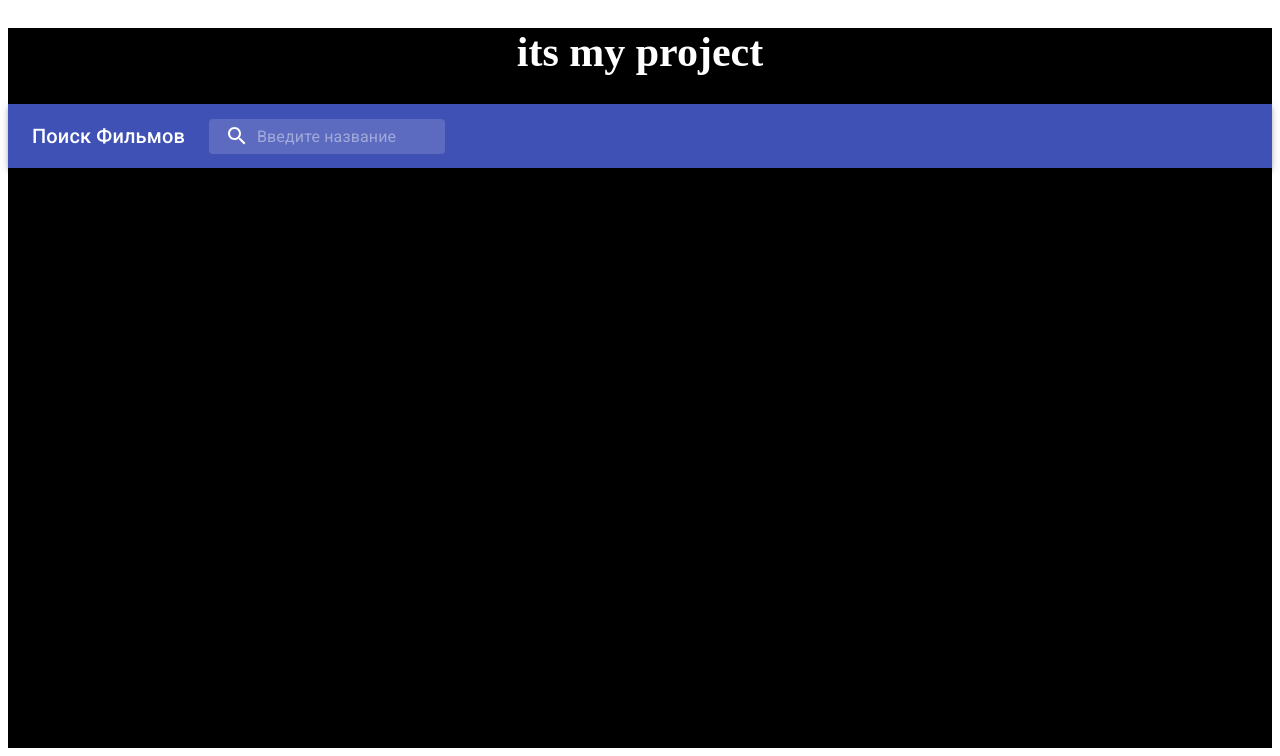
Repository: Hansol46/Films-archive
Page: /
These files come from the project's save history. The page is drawn as it stood at one moment and after the next save; the edit follows.
The browser window is 1280 px wide. The pictures show the whole page.
The page's requests for data from a server got no answer. The project was rebuilt for these pictures with package versions that can differ from the ones it lists, and the page was loaded fresh each time. No one was signed in, and anything a server would have sent is missing. Also part of the build but not shown: webpack.config.js.

Above is the page before, as saved 2020-09-25 01:27:13.

### src/index.html
<!DOCTYPE html>
<html lang="en">
<head>
    <meta charset="UTF-8">
    <meta name="viewport" content="width=device-width, initial-scale=1.0">
    <title>Search Films</title>
    <link rel="stylesheet" href="https://fonts.googleapis.com/css?family=Roboto:300,400,500,700&display=swap" />
    <link rel="stylesheet" href="https://fonts.googleapis.com/icon?family=Material+Icons" />
</head>
<body>
    <div id='root'>

    </div>
</body>
</html>

### src/index.js
import React from 'react'
import ReactDOM from 'react-dom'
import App from './components/App'


ReactDOM.render(<App />, document.getElementById('root'))

### src/components/App.js
import React from 'react'
import '../styles/App.css'
import PrimarySearchAppBar from './material/nav'
import Search from './Search'


function App () {
    return (
        <div className={'main'}>
            <h1> its my project</h1>
            <PrimarySearchAppBar />
            <Search />
        </div>
    )
}

export default App

### src/styles/App.css
h1 {
    text-align: center;
    font-size: 42px;
}
.main {
    background-color: black;
    height: 100vh;
    padding-top: 0px;
    margin-top: 0px;
    color: white;
}

### src/components/material/nav.js
import React from 'react';
import { fade, makeStyles } from '@material-ui/core/styles';
import AppBar from '@material-ui/core/AppBar';
import Toolbar from '@material-ui/core/Toolbar';
import IconButton from '@material-ui/core/IconButton';
import Typography from '@material-ui/core/Typography';
import InputBase from '@material-ui/core/InputBase';
import Badge from '@material-ui/core/Badge';
import MenuItem from '@material-ui/core/MenuItem';
import Menu from '@material-ui/core/Menu';
import MenuIcon from '@material-ui/icons/Menu';
import SearchIcon from '@material-ui/icons/Search';
import AccountCircle from '@material-ui/icons/AccountCircle';
import MailIcon from '@material-ui/icons/Mail';
import NotificationsIcon from '@material-ui/icons/Notifications';
import MoreIcon from '@material-ui/icons/MoreVert';

const useStyles = makeStyles((theme) => ({
  grow: {
    flexGrow: 1,
  },
  menuButton: {
    marginRight: theme.spacing(2),
  },
  title: {
    display: 'none',
    [theme.breakpoints.up('sm')]: {
      display: 'block',
    },
  },
  search: {
    position: 'relative',
    borderRadius: theme.shape.borderRadius,
    backgroundColor: fade(theme.palette.common.white, 0.15),
    '&:hover': {
      backgroundColor: fade(theme.palette.common.white, 0.25),
    },
    marginRight: theme.spacing(2),
    marginLeft: 0,
    width: '100%',
    [theme.breakpoints.up('sm')]: {
      marginLeft: theme.spacing(3),
      width: 'auto',
    },
  },
  searchIcon: {
    padding: theme.spacing(0, 2),
    height: '100%',
    position: 'absolute',
    pointerEvents: 'none',
    display: 'flex',
    alignItems: 'center',
    justifyContent: 'center',
  },
  inputRoot: {
    color: 'inherit',
  },
  inputInput: {
    padding: theme.spacing(1, 1, 1, 0),
    // vertical padding + font size from searchIcon
    paddingLeft: `calc(1em + ${theme.spacing(4)}px)`,
    transition: theme.transitions.create('width'),
    width: '100%',
    [theme.breakpoints.up('md')]: {
      width: '20ch',
    },
  },
  sectionDesktop: {
    display: 'none',
    [theme.breakpoints.up('md')]: {
      display: 'flex',
    },
  },
  sectionMobile: {
    display: 'flex',
    [theme.breakpoints.up('md')]: {
      display: 'none',
    },
  },
}));

export default function PrimarySearchAppBar() {
  const classes = useStyles();
  const [anchorEl, setAnchorEl] = React.useState(null);
  const [mobileMoreAnchorEl, setMobileMoreAnchorEl] = React.useState(null);

  const isMenuOpen = Boolean(anchorEl);
  const isMobileMenuOpen = Boolean(mobileMoreAnchorEl);

  const handleProfileMenuOpen = (event) => {
    setAnchorEl(event.currentTarget);
  };

  const handleMobileMenuClose = () => {
    setMobileMoreAnchorEl(null);
  };

  const handleMenuClose = () => {
    setAnchorEl(null);
    handleMobileMenuClose();
  };

  const handleMobileMenuOpen = (event) => {
    setMobileMoreAnchorEl(event.currentTarget);
  };

  const menuId = 'primary-search-account-menu';
  const renderMenu = (
    <Menu
      anchorEl={anchorEl}
      anchorOrigin={{ vertical: 'top', horizontal: 'right' }}
      id={menuId}
      keepMounted
      transformOrigin={{ vertical: 'top', horizontal: 'right' }}
      open={isMenuOpen}
      onClose={handleMenuClose}
    >
      <MenuItem onClick={handleMenuClose}>Profile</MenuItem>
      <MenuItem onClick={handleMenuClose}>My account</MenuItem>
    </Menu>
  );

  const mobileMenuId = 'primary-search-account-menu-mobile';
  const renderMobileMenu = (
    <Menu
      anchorEl={mobileMoreAnchorEl}
      anchorOrigin={{ vertical: 'top', horizontal: 'right' }}
      id={mobileMenuId}
      keepMounted
      transformOrigin={{ vertical: 'top', horizontal: 'right' }}
      open={isMobileMenuOpen}
      onClose={handleMobileMenuClose}
    >
      <MenuItem>
        <IconButton aria-label="show 4 new mails" color="inherit">
          <Badge badgeContent={4} color="secondary">
            <MailIcon />
          </Badge>
        </IconButton>
        <p>Messages</p>
      </MenuItem>
      <MenuItem>
        <IconButton aria-label="show 11 new notifications" color="inherit">
          <Badge badgeContent={11} color="secondary">
            <NotificationsIcon />
          </Badge>
        </IconButton>
        <p>Notifications</p>
      </MenuItem>
      <MenuItem onClick={handleProfileMenuOpen}>
        <IconButton
          aria-label="account of current user"
          aria-controls="primary-search-account-menu"
          aria-haspopup="true"
          color="inherit"
        >
          <AccountCircle />
        </IconButton>
        <p>Profile</p>
      </MenuItem>
    </Menu>
  );

  return (
    <div className={classes.grow}>
      <AppBar position="static">
        <Toolbar>
          {/* <IconButton
            edge="start"
            className={classes.menuButton}
            color="inherit"
            aria-label="open drawer"
          >
            <MenuIcon />
          </IconButton> */}
          <Typography className={classes.title} variant="h6" noWrap>
            Поиск Фильмов
          </Typography>
          <div className={classes.search}>
            <div className={classes.searchIcon}>
              <SearchIcon />
            </div>
            <InputBase
              placeholder="Введите название"
              classes={{
                root: classes.inputRoot,
                input: classes.inputInput,
              }}
              inputProps={{ 'aria-label': 'search' }}
            />
          </div>
          <div className={classes.grow} />
          <div className={classes.sectionDesktop}>
            {/* <IconButton aria-label="show 4 new mails" color="inherit">
              <Badge badgeContent={4} color="secondary">
                <MailIcon />
              </Badge>
            </IconButton>
            <IconButton aria-label="show 17 new notifications" color="inherit">
              <Badge badgeContent={17} color="secondary">
                <NotificationsIcon />
              </Badge>
            </IconButton>
            <IconButton
              edge="end"
              aria-label="account of current user"
              aria-controls={menuId}
              aria-haspopup="true"
              onClick={handleProfileMenuOpen}
              color="inherit"
            >
              <AccountCircle />
            </IconButton>
          </div>
          <div className={classes.sectionMobile}>
            <IconButton
              aria-label="show more"
              aria-controls={mobileMenuId}
              aria-haspopup="true"
              onClick={handleMobileMenuOpen}
              color="inherit"
            >
              <MoreIcon />
            </IconButton> */}
          </div>
        </Toolbar>
      </AppBar>
      {renderMobileMenu}
      {renderMenu}
    </div>
  );
}

### src/components/Search.js
import React, { useEffect, useState } from 'react'

function Search() {

    const [state, setState] = useState([]);

    useEffect(() => {
        const APIurl = 'http://www.omdbapi.com/?i=tt3896198&apikey=480344f1'
        fetch(APIurl)
            .then(response => response.json())
            .then(json => setState(json))
    }, [])

    // http://www.omdbapi.com/?t=inception&y=&plot=short&r=json

    return(
        <div>
            {state.Title}
            <br></br>
            {state.Year}
            <br></br>
            <img src={state.Poster}/>
        </div>

    )


}
export default Search

After the next save:
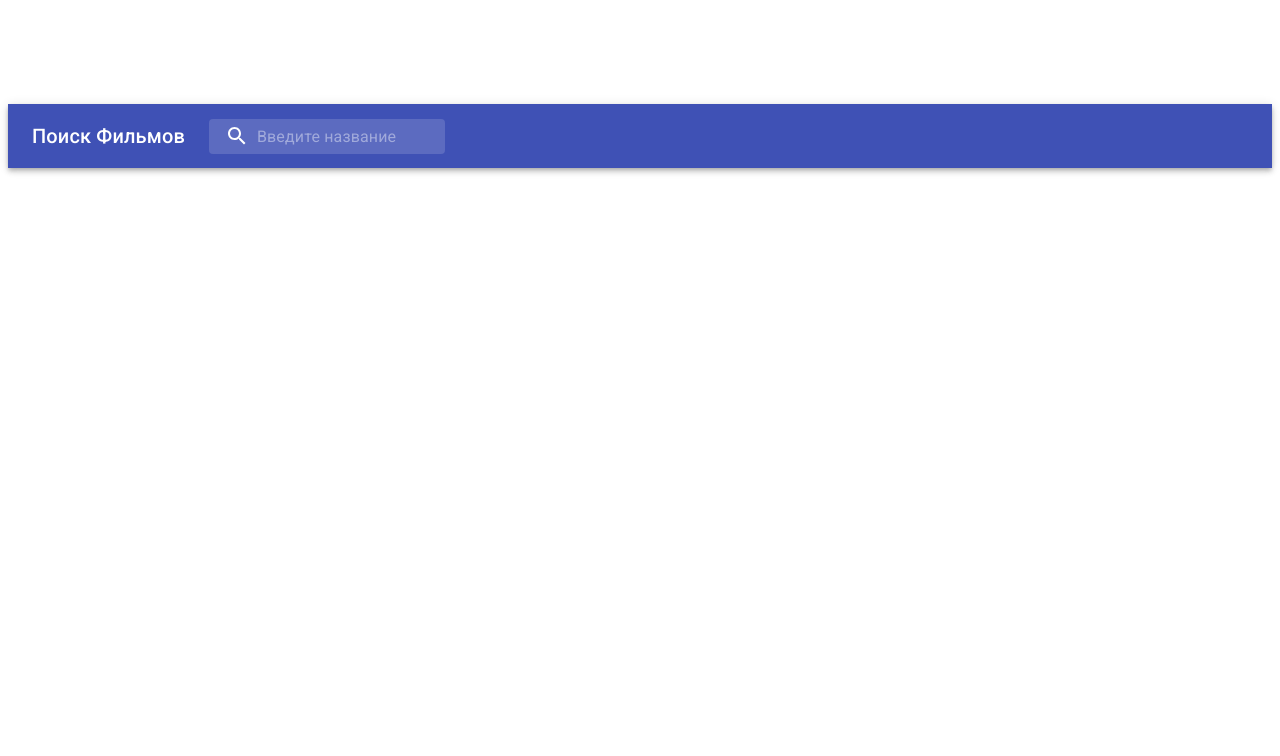
Saved 14 s later.
--- a/src/styles/App.css
+++ b/src/styles/App.css
@@ -3,7 +3,7 @@
     font-size: 42px;
 }
 .main {
-    background-color: black;
+    /* background-color: black; */
     height: 100vh;
     padding-top: 0px;
     margin-top: 0px;

After the save that followed:
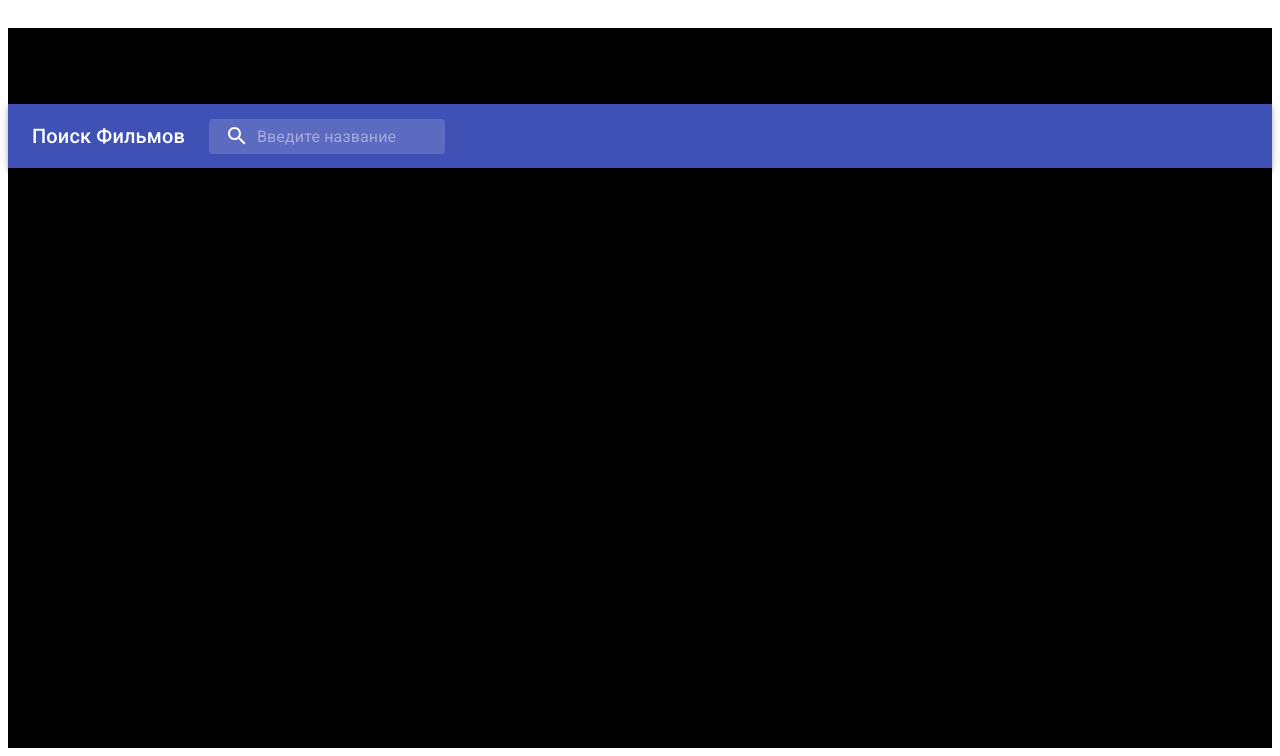
Saved 6 s later.
--- a/src/styles/App.css
+++ b/src/styles/App.css
@@ -1,9 +1,10 @@
 h1 {
+    color: black;
     text-align: center;
     font-size: 42px;
 }
 .main {
-    /* background-color: black; */
+    background-color: black;
     height: 100vh;
     padding-top: 0px;
     margin-top: 0px;
